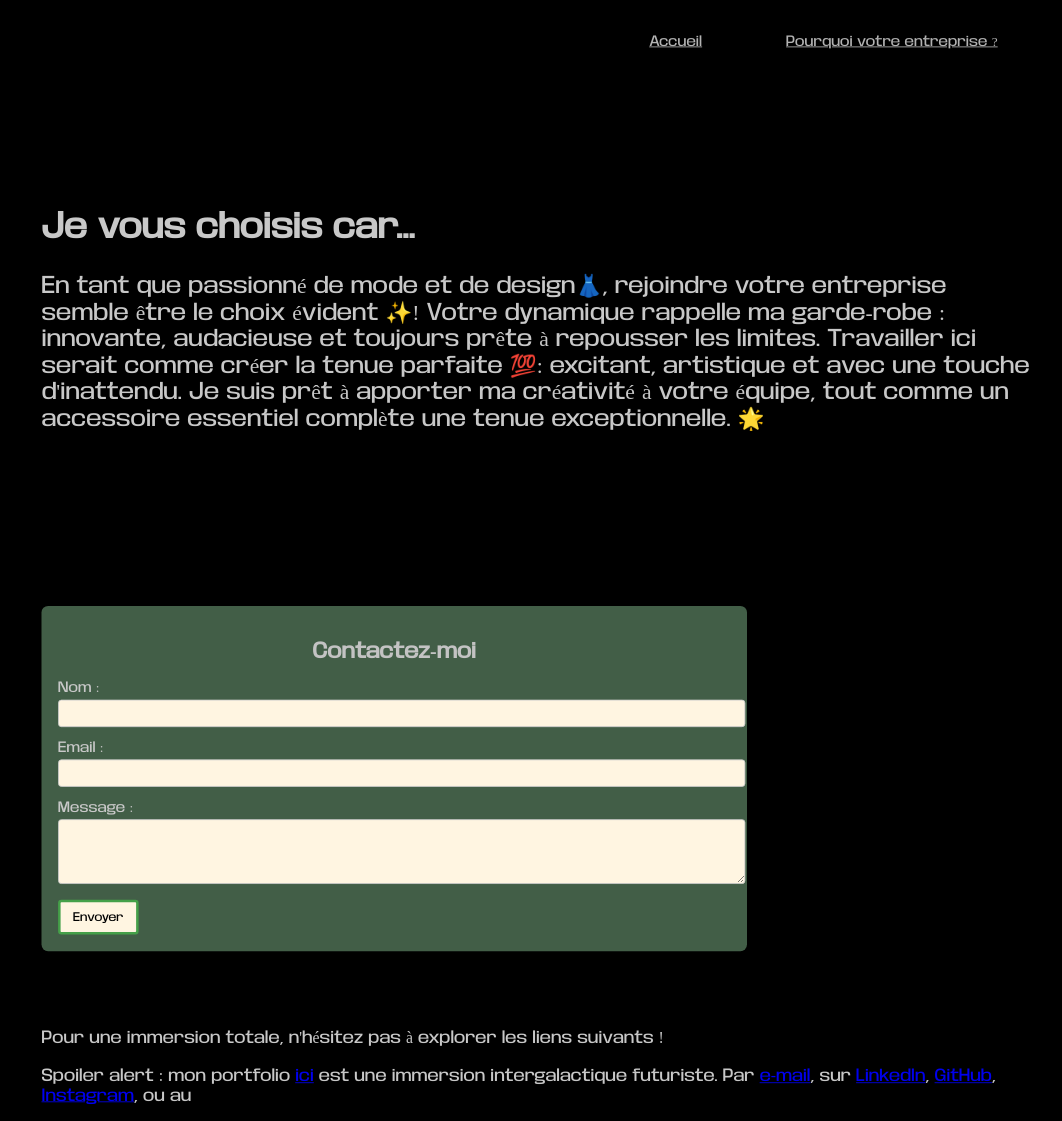
Repository: inessben/application
Page: about/about.html
These files come from the project's save history. The page is drawn as it stood at one moment and after the next save; the edit follows.
The browser window is 1280 px wide. The pictures show the whole page, at 83% of full size.

Above is the page before, as saved 2023-12-04 02:36:00.

### about/about.html
<!DOCTYPE html>
<html lang="en">
<head>
    <meta charset="UTF-8">
    <meta name="viewport" content="width=device-width, initial-scale=1.0">
    <!-- generate the icon -->
    <link rel="apple-touch-icon" sizes="180x180" href="/favicon/apple-touch-icon.png">
    <link rel="icon" type="image/png" sizes="32x32" href="/favicon/favicon-32x32.png">
    <link rel="icon" type="image/png" sizes="16x16" href="/favicon/favicon-16x16.png">
    <link rel="manifest" href="/favicon/site.webmanifest">
    <link rel="mask-icon" href="/favicon/safari-pinned-tab.svg" color="#5bbad5">
    <meta name="msapplication-TileColor" content="#da532c">
    <!--  -->
    <meta name="theme-color" content="#ffffff">
    <title>#slowlyApplication</title>
    <link rel="stylesheet" href="about.css">

<script>
    document.addEventListener("DOMContentLoaded", function() {
        var formInputs = document.querySelectorAll("#contact-form input, #contact-form textarea")

        formInputs.forEach(function(input) {
            input.addEventListener("click", function() {
                alert("Bien joué ! Vous avez débloqué la quête secrète ! 🚀\n\nPour compléter cette mission, regardez juste en dessous👇, vous trouverez mes coordonnées, n'hésitez pas à me contacter ! Les pigeons voyageurs fonctionnent aussi, mais c'est un peu rétro. 😉")
            })
        })
    })
</script>
</head>
<body>
    <section id="nav-header">
        <header class="nav-links">
            <a href="/index.html" class="link">Accueil</a>
            <a href="/company/company.html" class="link">Pourquoi votre entreprise ?</a>
        </header>
    </section>
    <section id="description">
        <h1>Je vous choisis car...</h1>
        <p> En tant que passionné de mode et de design👗, rejoindre votre entreprise semble être le choix évident ✨! Votre dynamique rappelle ma garde-robe : innovante, audacieuse et toujours prête à repousser les limites. Travailler ici serait comme créer la tenue parfaite 💯: excitant, artistique et avec une touche d'inattendu. Je suis prêt à apporter ma créativité à votre équipe, tout comme un accessoire essentiel complète une tenue exceptionnelle. 🌟 </p>
    </section>

    <section id="contact-form-container">
        <form id="contact-form">
        <h2>Contactez-moi</h2>

        <label for="name">Nom :</label>
        <input type="text" id="name" name="name" required>

        <label for="email">Email :</label>
        <input type="email" id="email" name="email" required>

        <label for="message">Message :</label>
        <textarea id="message" name="message" rows="4" required></textarea>

        <button type="submit">Envoyer</button>
        </form>
    </section>

    <footer>
        <p>Pour une immersion totale, n'hésitez pas à explorer les liens suivants !
            <br><br>Spoiler alert : mon portfolio <a href="https://iness-portfolio.vercel.app/">ici</a> est une immersion intergalactique futuriste. Par <a href="mailto:ine.benss@gmail.com">e-mail</a>, sur <a href="https://www.linkedin.com/in/iness-benaissa/">LinkedIn</a>, <a href="https://github.com/inessben">GitHub</a>, <a href="https://instagram.com/nsscake">Instagram</a>, ou au <a href="" 48 11 28 36 c'est là que l'histoire continue. Prêt(e) pour l'aventure ? 🚀😄</p>
    </footer>

</body>
</html>

### about/about.css

@font-face {
    font-family: "Jolley";
    src: url("/fonts/jolley.woff");
    }

@font-face {
    font-family: "Base Neue";
    src: url("/fonts/base-neue.ttf");
    }

::-webkit-scrollbar {
    width: 8px;
    }

::-webkit-scrollbar-track {
    background-color: #000;
    }

::-webkit-scrollbar-thumb {
    background-color: #4b4b4b;
    border-radius: 4px;
    }

::-webkit-scrollbar-thumb:hover {
    opacity: 0.7;
    }

body {
    margin: 0;
    font-family: "Base Neue";
    background-color: #000000;
    color: #c8c8c8;
    padding: 0;
    }

#nav-header {
    position: absolute;
    top: 30px;
    right: 20px;
    font-size: 16px;
    font-weight: 500;
    padding: 10px;
    }

.link {
    padding: 8px;
    text-decoration: #b3b3b3 underline;
    color: #b3b3b3;
    margin: auto 40px;
    }

.link:hover {
    opacity: 0.7;
    }

#description{
    position: relative;
    top: 200px;
    font-size: 26px;
    margin: 50px;
    width: 1200px;
    color: #c8c8c8;
    }

#contact-form-container {
    position: absolute;
    margin: 50px;
    top: 680px;
    width: 850px;
    }

#contact-form {
    position: absolute;
    background-color: #425E47;
    padding: 20px;
    border-radius: 8px;
    box-shadow: 0 4px 8px rgba(0, 0, 0, 0.1);
    transition: transform 0.3s ease-in-out;
    }

#contact-form h2 {
    text-align: center;
    color: #c3c3c3;
    }

#contact-form label {
    margin-top: 10px;
    }

#contact-form input,
#contact-form textarea {
    width: 100%;
    padding: 8px;
    margin-top: 5px;
    margin-bottom: 15px;
    background-color: #FFF5E1;
    border: 1px solid #ccc;
    border-radius: 4px;
    }

#contact-form button {
    background-color: #FFF5E1;
    font-family: "Base Neue";
    color: black;
    align-items: center;
    border: 3px solid #45a049;
    padding: 10px 15px;
    border-radius: 4px;
    cursor: pointer;
    transition: background-color 0.3s ease-in-out;
    }

#contact-form button:hover {
    background-color: #45a049;
    }

#contact-form-container:hover #contact-form {
    transform: rotate(5deg);
    }

footer
{
    position: absolute;
    bottom: -680px;
    font-size: 19px;
    margin: 50px;
}

After the next save:
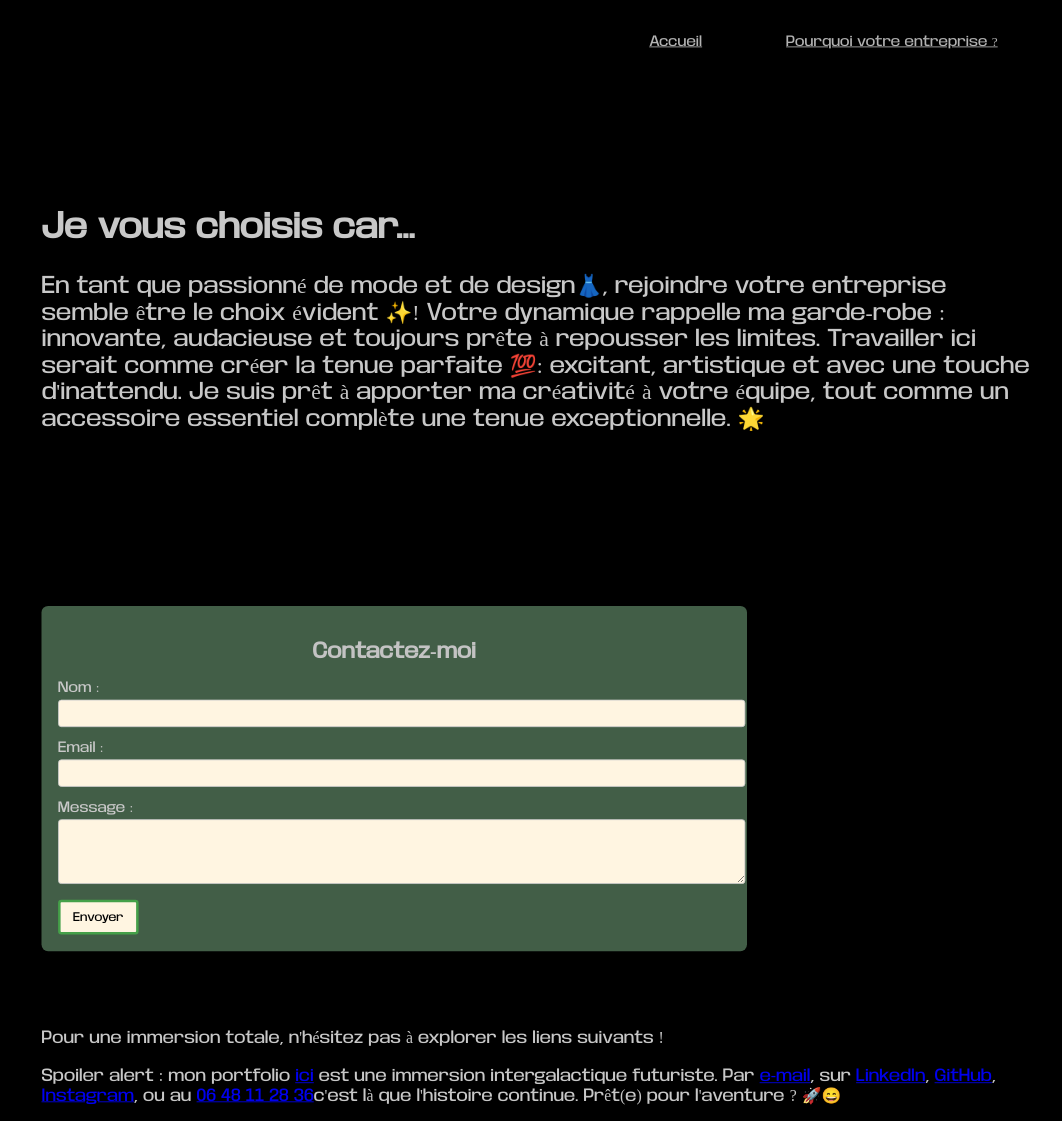
Saved 38 s later.
--- a/about/about.html
+++ b/about/about.html
@@ -58,7 +58,7 @@
 
     <footer>
         <p>Pour une immersion totale, n'hésitez pas à explorer les liens suivants !
-            <br><br>Spoiler alert : mon portfolio <a href="https://iness-portfolio.vercel.app/">ici</a> est une immersion intergalactique futuriste. Par <a href="mailto:ine.benss@gmail.com">e-mail</a>, sur <a href="https://www.linkedin.com/in/iness-benaissa/">LinkedIn</a>, <a href="https://github.com/inessben">GitHub</a>, <a href="https://instagram.com/nsscake">Instagram</a>, ou au <a href="" 48 11 28 36 c'est là que l'histoire continue. Prêt(e) pour l'aventure ? 🚀😄</p>
+            <br><br>Spoiler alert : mon portfolio <a href="https://iness-portfolio.vercel.app/">ici</a> est une immersion intergalactique futuriste. Par <a href="mailto:ine.benss@gmail.com">e-mail</a>, sur <a href="https://www.linkedin.com/in/iness-benaissa/">LinkedIn</a>, <a href="https://github.com/inessben">GitHub</a>, <a href="https://instagram.com/nsscake">Instagram</a>, ou au <a href="tel:+33648112836"> 06 48 11 28 36</a>c'est là que l'histoire continue. Prêt(e) pour l'aventure ? 🚀😄</p>
     </footer>
 
 </body>
